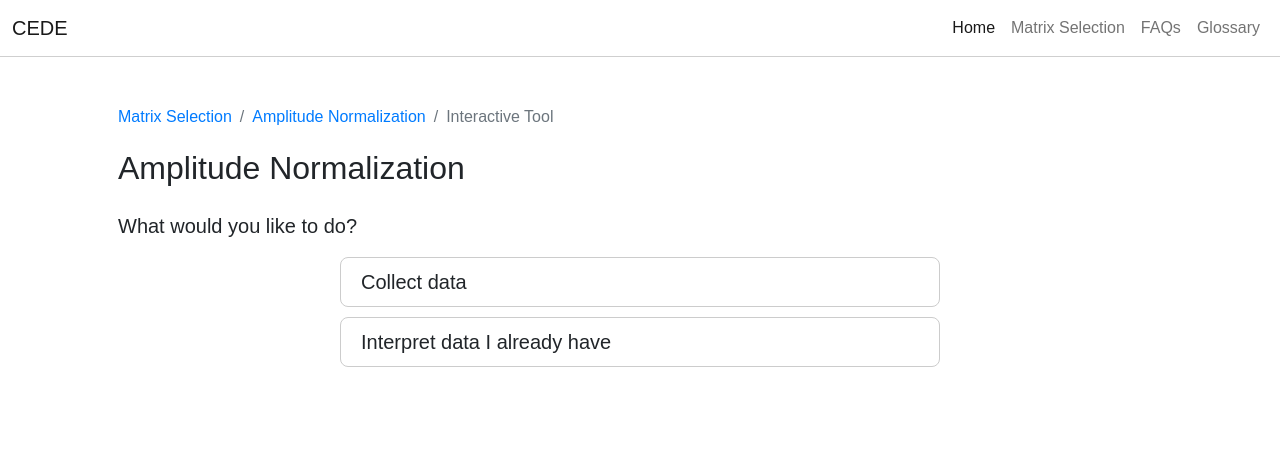
Repository: devashrisamani/CEDE-Website
Page: website/inttool.html
These files come from the project's save history. The page is drawn as it stood at one moment and after the next save; the edit follows.
The browser window is 1280 px wide. The pictures show the whole page.

Above is the page before, as saved 2024-06-19 22:10:27.
Console error: TypeError: Cannot read properties of null (reading 'addEventListener')

After the next save:
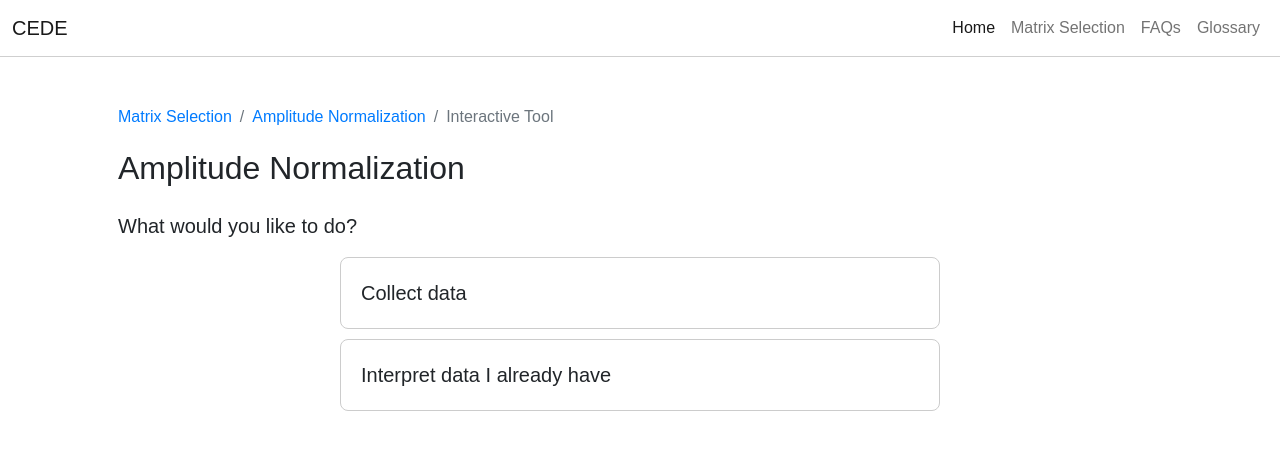
Saved 110 s later.
--- a/website/inttool.css
+++ b/website/inttool.css
@@ -27,7 +27,7 @@
 
 .options-container {
   width: 100%;
-  max-width: 600px;
+  max-width: 600px; /* Set the max-width to control the width */
   margin: 0 auto;
 }
 
@@ -41,41 +41,4 @@
   cursor: pointer;
   background-color: white;
   border-radius: 8px;
-  font-size: 1.25rem;
-  height: 50px;
-}
-
-.option:hover {
-  background-color: #f0f0f0;
-}
-
-.option span {
-  font-size: 1.25rem;
-  font-weight: 500;
-}
-
-button {
-  padding: 10px 20px;
-  cursor: pointer;
-  border: none;
-  background: #007bff;
-  color: white;
-  border-radius: 25px;
-  margin-top: 10px;
-  text-transform: uppercase;
-}
-
-#back-button {
-  background-color: white;
-  color: #007bff;
-  border: 2px solid #007bff;
-}
-
-#back-button:hover {
-  background-color: #007bff;
-  color: white;
-}
-
-.text-center {
-  text-align: center;
-}
+  font-size: 1.25rem

After the save that followed:
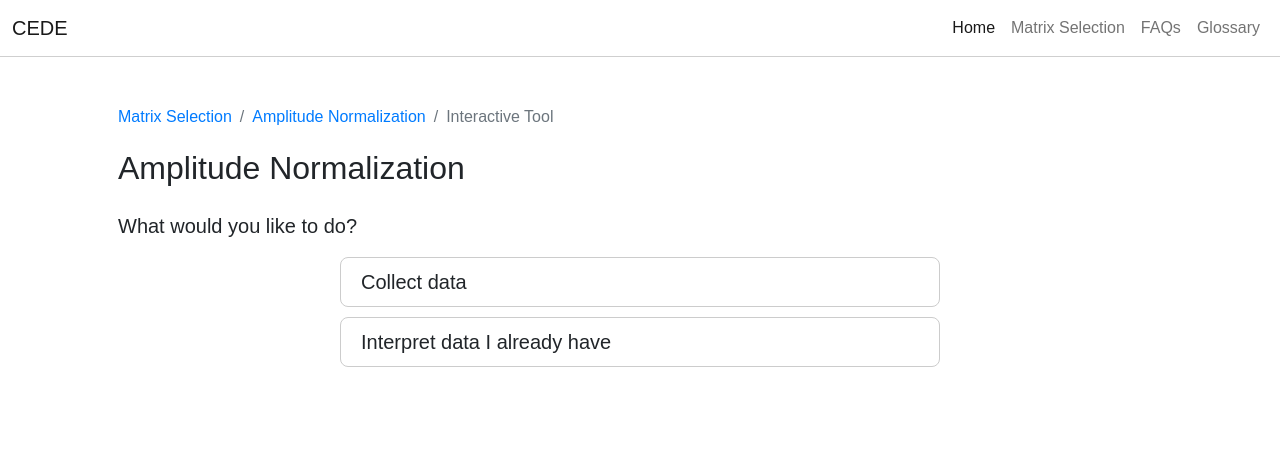
Saved 15 s later.
--- a/website/inttool.css
+++ b/website/inttool.css
@@ -41,4 +41,42 @@
   cursor: pointer;
   background-color: white;
   border-radius: 8px;
-  font-size: 1.25rem
+  font-size: 1.25rem;
+  height: 50px;
+  width: 100%; /* Ensure the width is 100% of the container */
+}
+
+.option:hover {
+  background-color: #f0f0f0;
+}
+
+.option span {
+  font-size: 1.25rem;
+  font-weight: 500;
+}
+
+button {
+  padding: 10px 20px;
+  cursor: pointer;
+  border: none;
+  background: #007bff;
+  color: white;
+  border-radius: 25px;
+  margin-top: 10px;
+  text-transform: uppercase;
+}
+
+#back-button {
+  background-color: white;
+  color: #007bff;
+  border: 2px solid #007bff;
+}
+
+#back-button:hover {
+  background-color: #007bff;
+  color: white;
+}
+
+.text-center {
+  text-align: center;
+}
